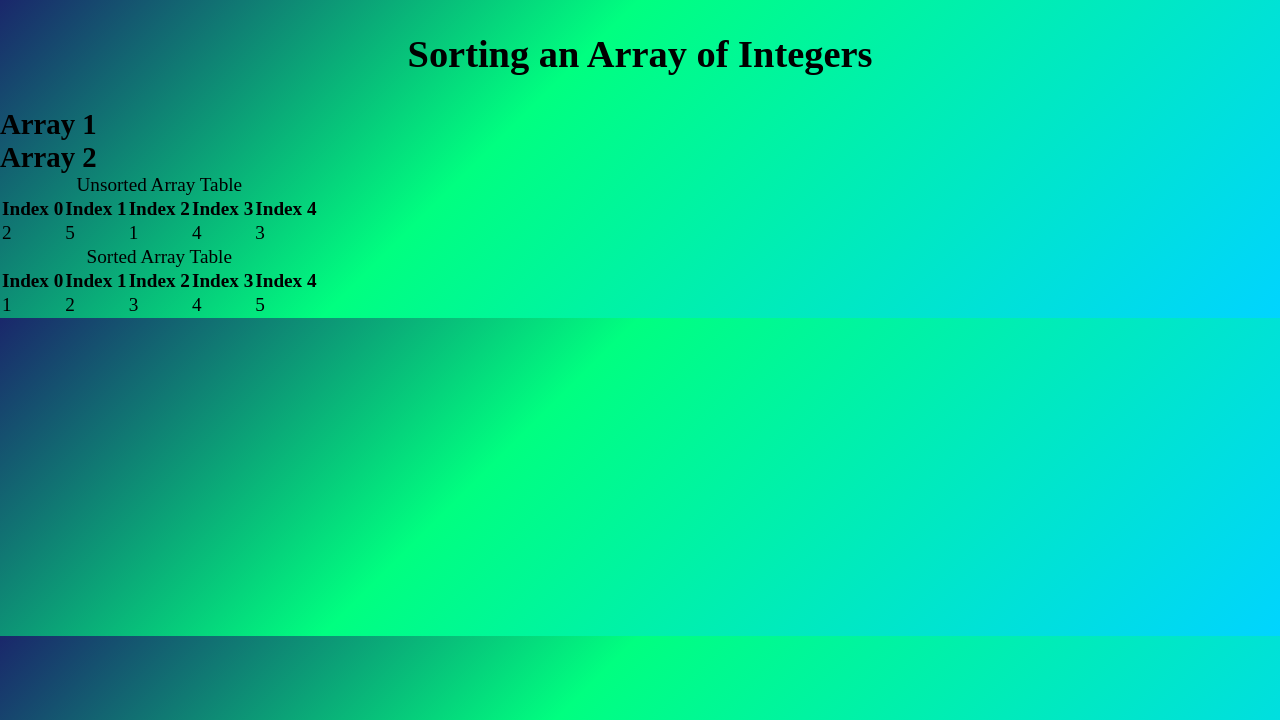
Repository: mlmEFSC21/P16-Sorting-Integers
Page: sort.html
These files come from the project's save history. The page is drawn as it stood at one moment and after the next save; the edit follows.
The browser window is 1280 px wide. The pictures show the whole page.

Above is the page before, as saved 2022-03-24 18:14:53.

### sort.html
<!DOCTYPE html>
<html lang="en">
    <head>
        <meta charset="UTF-8" />
        <meta http-equiv="X-UA-Compatible" content="IE=edge" />
        <meta name="viewport" content="width=device-width, initial-scale=1.0" />
        <link rel="stylesheet" href="sort.css" />
        <!-- <script defer src="sort.js"></script> -->
        <title>Array Sorting</title>
    </head>
    <body>
        <header class="mainHeader">
            <h1>Sorting an Array of Integers</h1>
        </header>
        <section>
            <div class="arrayContainer" id="arrayContainer">
                <h2 class="unsorted" id="unsorted">Array 1</h2>
                <h2 class="sorted" id="sorted">Array 2</h2>
                <table class="unsortedTable" id="unsortedTable">
                    <caption>
                        Unsorted Array Table
                    </caption>
                    <thead>
                        <th>Index 0</th>
                        <th>Index 1</th>
                        <th>Index 2</th>
                        <th>Index 3</th>
                        <th>Index 4</th>
                    </thead>
                    <tbody>
                        <tr>
                            <td>2</td>
                            <td>5</td>
                            <td>1</td>
                            <td>4</td>
                            <td>3</td>
                        </tr>
                    </tbody>
                </table>
                <table class="sortedTable" id="sortedTable">
                    <caption>
                        Sorted Array Table
                    </caption>
                    <thead>
                        <th>Index 0</th>
                        <th>Index 1</th>
                        <th>Index 2</th>
                        <th>Index 3</th>
                        <th>Index 4</th>
                    </thead>
                    <tbody>
                        <tr>
                            <td>1</td>
                            <td>2</td>
                            <td>3</td>
                            <td>4</td>
                            <td>5</td>
                        </tr>
                    </tbody>
                </table>
            </div>
        </section>
    </body>
</html>

### sort.css
:root {
    --clr-background: #00ff8f;
    --clr-primary: #00f0ff;
    --clr-secondary: #00ff0f;
}
*,
*::after,
*::before {
    box-sizing: border-box;
    margin: 0;
    padding: 0;
}
body {
    font-size: larger;
    background-color: var(--clr-background);
    background-repeat: no-repeat;
    background-size: cover;
    background: linear-gradient(
        135deg,
        rgba(26, 39, 107, 1) 0%,
        rgba(0, 255, 128, 1) 40%,
        rgba(0, 212, 255, 1) 100%
    );
}
.mainHeader {
    height: 15vh;
    display: flex;
    align-items: center;
    justify-content: center;
}

After the next save:
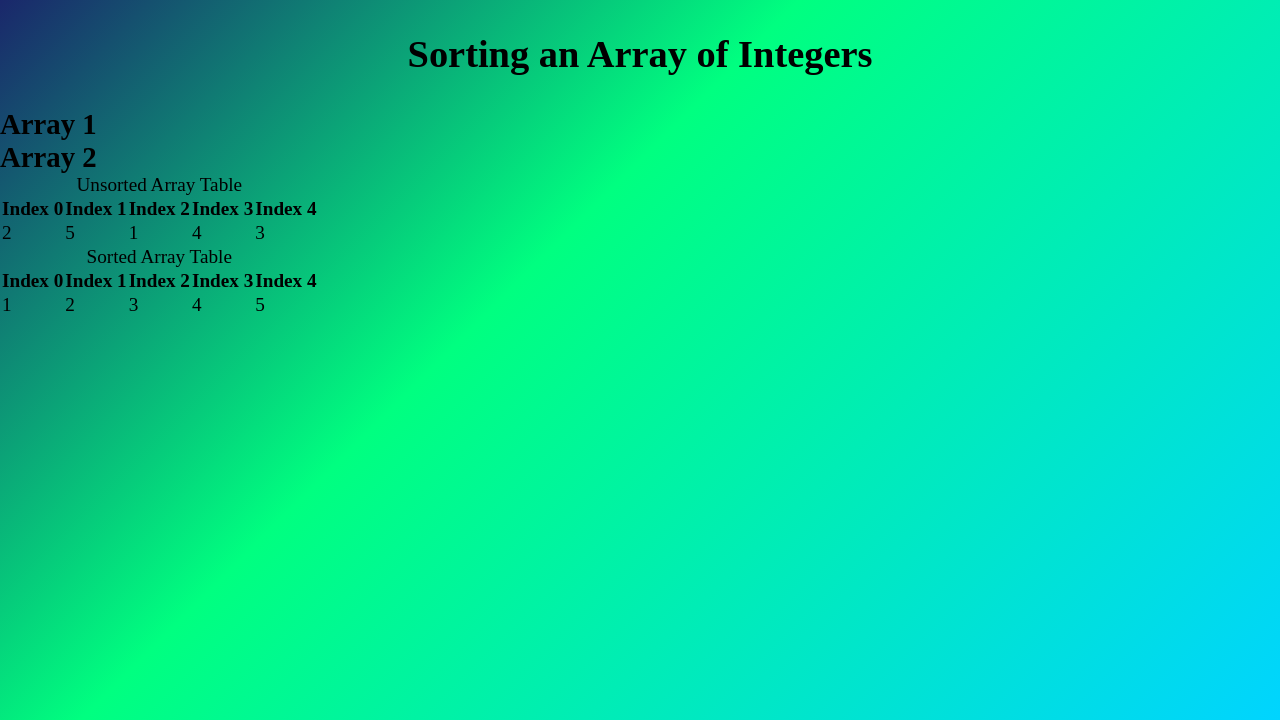
Saved 20 s later.
--- a/sort.css
+++ b/sort.css
@@ -21,6 +21,7 @@ body {
         rgba(0, 255, 128, 1) 40%,
         rgba(0, 212, 255, 1) 100%
     );
+    height: 100vh;
 }
 .mainHeader {
     height: 15vh;
